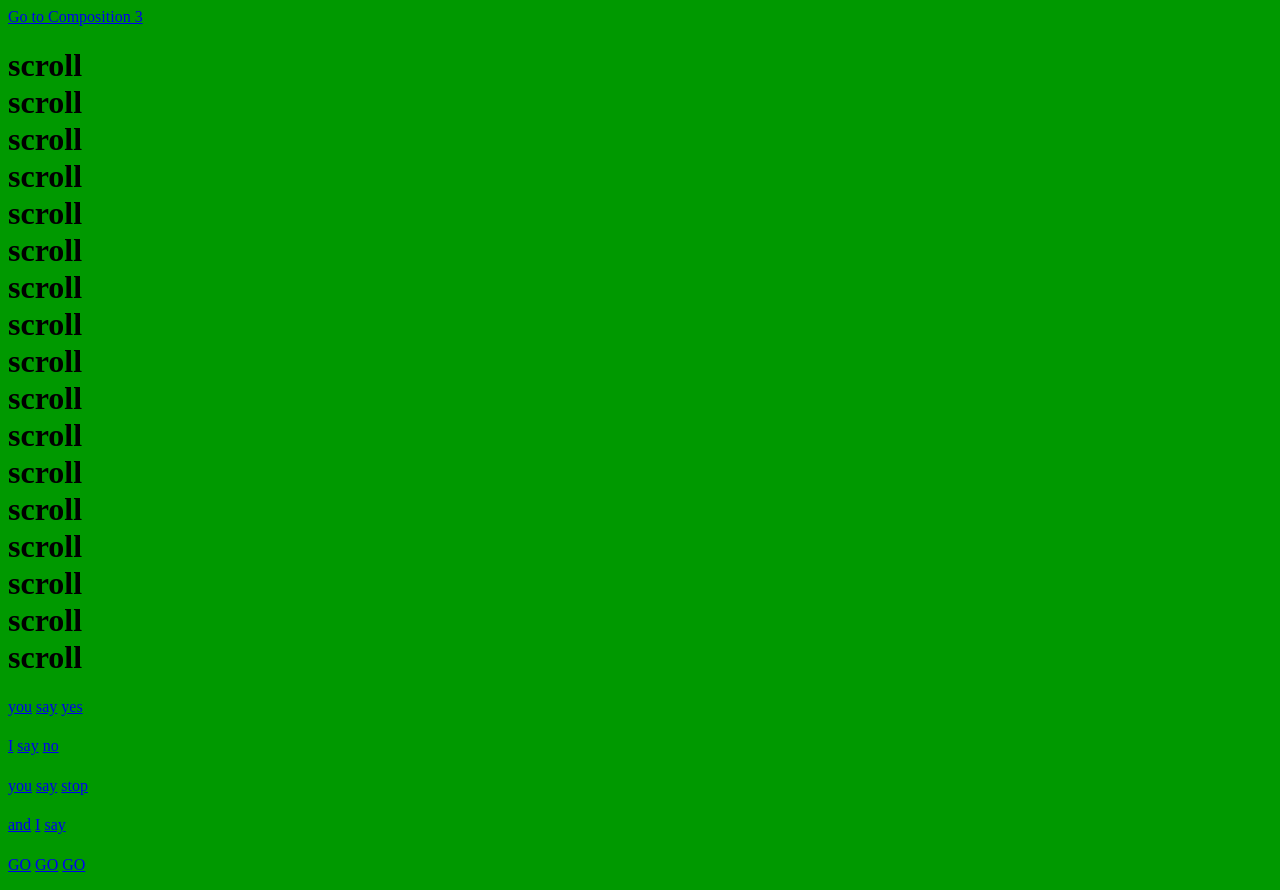
Repository: dominiquedevito/dominiquedevito.github.io
Page: 5compositions/composition2.html
The author's editor kept a record of every edit. The page is drawn from the files as they stood at one moment, then again after the next edit.
The browser window is 1280 px wide. The pictures show the whole page.

Above is the page before.

### 5compositions/composition2.html

<html>
	<head>
		<title>Composition 2</title>
			<link href="2styles.css" rel="stylessheet">
	</head>
	<body>
<body bgcolor="#0099">
	<a href="composition3.html">Go to Composition 3</a>

<h1>scroll<br>
scroll<br>
scroll<br>
scroll<br>
scroll<br>
scroll<br>
scroll<br>
scroll<br>
scroll<br>
scroll<br>
scroll<br>
scroll<br>
scroll<br>
scroll<br>
scroll<br>
scroll<br>
scroll</h1>
</body>
</html>


<style>
</style>
</head>

<body>


<div id="header">
<h1></h1></div>
<div id="nav">
</div>
<div id="section">
<h2></h2><p>
<div id="circle-container"><div class="quarter top-left"></div><div class="quarter top-right"></div><div class="quarter bottom-left"></div><div class="quarter bottom-right"></div></div>
</p>
</div>
<div id="circle-container"><div class="quarter top-left"></div><div class="quarter top-right"></div><div class="quarter bottom-left"></div><div class="quarter bottom-right"></div></div>
</p>
</div>
<div id="circle-container"><div class="quarter top-left"></div><div class="quarter top-right"></div><div class="quarter bottom-left"></div><div class="quarter bottom-right"></div></div>
</p>
</div>
<a href="#" class="menu">you</a>
<a href="#" class="menu">say</a>
<a href="#" class="menu">yes</a>
<div class="circle"></div>
<div class="circle"></div>
<div class="circle"></div>
<div id="circle-container"><div class="quarter top-left"></div><div class="quarter top-right"></div><div class="quarter bottom-left"></div><div class="quarter bottom-right"></div></div>
</p>
</div>
<div id="circle-container"><div class="quarter top-left"></div><div class="quarter top-right"></div><div class="quarter bottom-left"></div><div class="quarter bottom-right"></div></div>
</p>
</div>
<div id="circle-container"><div class="quarter top-left"></div><div class="quarter top-right"></div><div class="quarter bottom-left"></div><div class="quarter bottom-right"></div></div>
</p>
<div id="header">
<h1></h1></div>
<div id="nav">
</div>
<div id="section">
<h2></h2><p>
<div id="circle-container"><div class="quarter top-left"></div><div class="quarter top-right"></div><div class="quarter bottom-left"></div><div class="quarter bottom-right"></div></div>
</p>
</div>
<div id="circle-container"><div class="quarter top-left"></div><div class="quarter top-right"></div><div class="quarter bottom-left"></div><div class="quarter bottom-right"></div></div>
</p>
</div>
<div id="circle-container"><div class="quarter top-left"></div><div class="quarter top-right"></div><div class="quarter bottom-left"></div><div class="quarter bottom-right"></div></div>
</p>
</div>
<a href="#" class="menu">I</a>
<a href="#" class="menu">say</a>
<a href="#" class="menu">no</a>
<div class="circle"></div>
<div class="circle"></div>
<div class="circle"></div>
<div id="circle-container"><div class="quarter top-left"></div><div class="quarter top-right"></div><div class="quarter bottom-left"></div><div class="quarter bottom-right"></div></div>
</p>
</div>
<div id="circle-container"><div class="quarter top-left"></div><div class="quarter top-right"></div><div class="quarter bottom-left"></div><div class="quarter bottom-right"></div></div>
</p>
</div>
<div id="circle-container"><div class="quarter top-left"></div><div class="quarter top-right"></div><div class="quarter bottom-left"></div><div class="quarter bottom-right"></div></div>
</p>
<div id="header">
<h1></h1></div>
<div id="nav">
</div>
<div id="section">
<h2></h2><p>
<div id="circle-container"><div class="quarter top-left"></div><div class="quarter top-right"></div><div class="quarter bottom-left"></div><div class="quarter bottom-right"></div></div>
</p>
</div>
<div id="circle-container"><div class="quarter top-left"></div><div class="quarter top-right"></div><div class="quarter bottom-left"></div><div class="quarter bottom-right"></div></div>
</p>
</div>
<div id="circle-container"><div class="quarter top-left"></div><div class="quarter top-right"></div><div class="quarter bottom-left"></div><div class="quarter bottom-right"></div></div>
</p>
</div>
<a href="#" class="menu">you</a>
<a href="#" class="menu">say</a>
<a href="#" class="menu">stop</a>
<div class="circle"></div>
<div class="circle"></div>
<div class="circle"></div>
<div id="circle-container"><div class="quarter top-left"></div><div class="quarter top-right"></div><div class="quarter bottom-left"></div><div class="quarter bottom-right"></div></div>
</p>
</div>
<div id="circle-container"><div class="quarter top-left"></div><div class="quarter top-right"></div><div class="quarter bottom-left"></div><div class="quarter bottom-right"></div></div>
</p>
</div>
<div id="circle-container"><div class="quarter top-left"></div><div class="quarter top-right"></div><div class="quarter bottom-left"></div><div class="quarter bottom-right"></div></div>
</p>
<div id="header">
<h1></h1></div>
<div id="nav">
</div>
<div id="section">
<h2></h2><p>
<div id="circle-container"><div class="quarter top-left"></div><div class="quarter top-right"></div><div class="quarter bottom-left"></div><div class="quarter bottom-right"></div></div>
</p>
</div>
<div id="circle-container"><div class="quarter top-left"></div><div class="quarter top-right"></div><div class="quarter bottom-left"></div><div class="quarter bottom-right"></div></div>
</p>
</div>
<div id="circle-container"><div class="quarter top-left"></div><div class="quarter top-right"></div><div class="quarter bottom-left"></div><div class="quarter bottom-right"></div></div>
</p>
</div>
<a href="#" class="menu">and</a>
<a href="#" class="menu">I</a>
<a href="#" class="menu">say</a>
<div class="circle"></div>
<div class="circle"></div>
<div class="circle"></div>
<div id="circle-container"><div class="quarter top-left"></div><div class="quarter top-right"></div><div class="quarter bottom-left"></div><div class="quarter bottom-right"></div></div>
</p>
</div>
<div id="circle-container"><div class="quarter top-left"></div><div class="quarter top-right"></div><div class="quarter bottom-left"></div><div class="quarter bottom-right"></div></div>
</p>
</div>
<div id="circle-container"><div class="quarter top-left"></div><div class="quarter top-right"></div><div class="quarter bottom-left"></div><div class="quarter bottom-right"></div></div>
</p>
<div id="header">
<h1></h1></div>
<div id="nav">
</div>
<div id="section">
<h2></h2><p>
<div id="circle-container"><div class="quarter top-left"></div><div class="quarter top-right"></div><div class="quarter bottom-left"></div><div class="quarter bottom-right"></div></div>
</p>
</div>
<div id="circle-container"><div class="quarter top-left"></div><div class="quarter top-right"></div><div class="quarter bottom-left"></div><div class="quarter bottom-right"></div></div>
</p>
</div>
<div id="circle-container"><div class="quarter top-left"></div><div class="quarter top-right"></div><div class="quarter bottom-left"></div><div class="quarter bottom-right"></div></div>
</p>
</div>
<a href="#" class="menu">GO</a>
<a href="#" class="menu">GO</a>
<a href="#" class="menu">GO</a>
<div class="circle"></div>
<div class="circle"></div>
<div class="circle"></div>
<div id="circle-container"><div class="quarter top-left"></div><div class="quarter top-right"></div><div class="quarter bottom-left"></div><div class="quarter bottom-right"></div></div>
</p>
</div>
<div id="circle-container"><div class="quarter top-left"></div><div class="quarter top-right"></div><div class="quarter bottom-left"></div><div class="quarter bottom-right"></div></div>
</p>
</div>
<div id="circle-container"><div class="quarter top-left"></div><div class="quarter top-right"></div><div class="quarter bottom-left"></div><div class="quarter bottom-right"></div></div>
</p>
</div>
</body>
</html>

After the next edit:
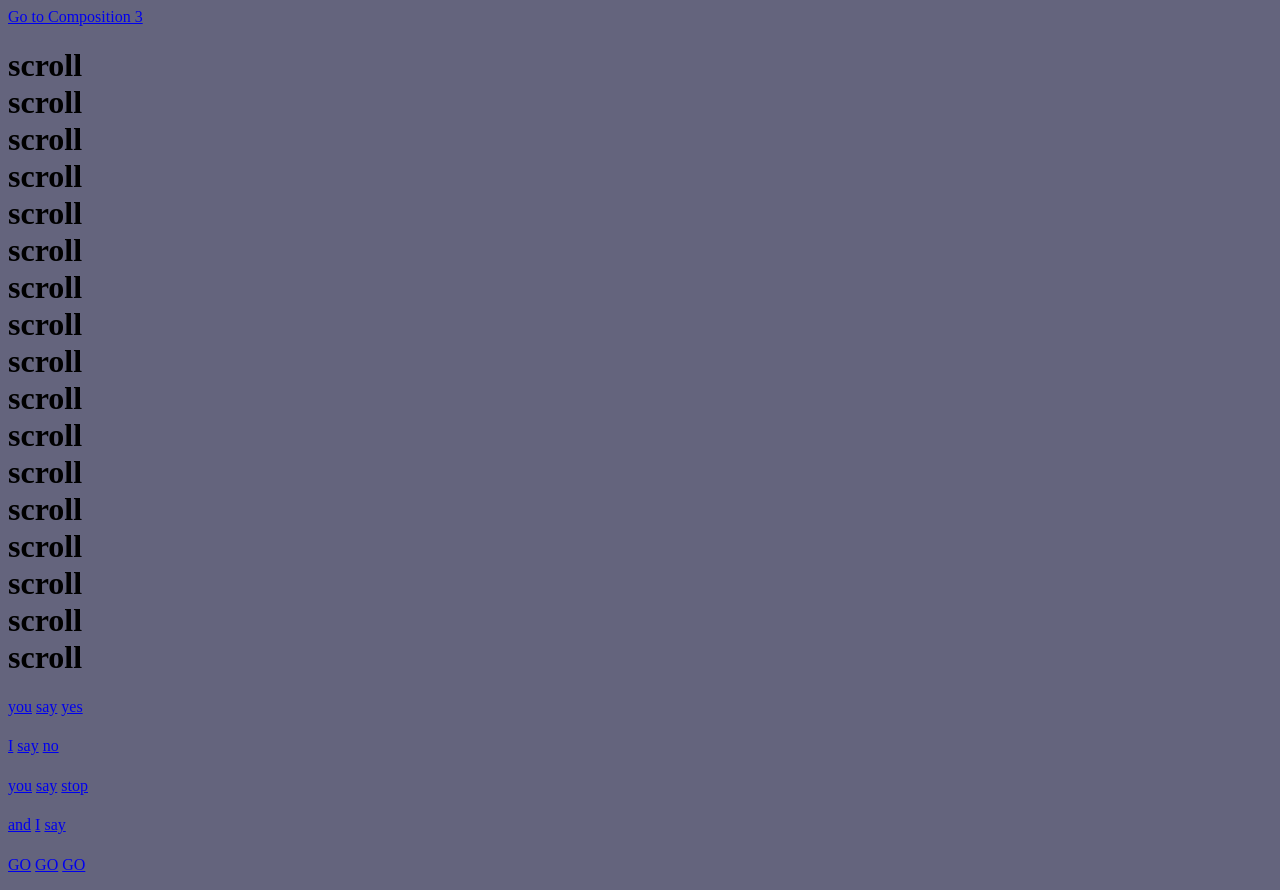
The edit:
--- a/5compositions/composition2.html
+++ b/5compositions/composition2.html
@@ -5,7 +5,7 @@
 			<link href="2styles.css" rel="stylessheet">
 	</head>
 	<body>
-<body bgcolor="#0099">
+<body bgcolor="#64647D">
 	<a href="composition3.html">Go to Composition 3</a>
 
 <h1>scroll<br>
